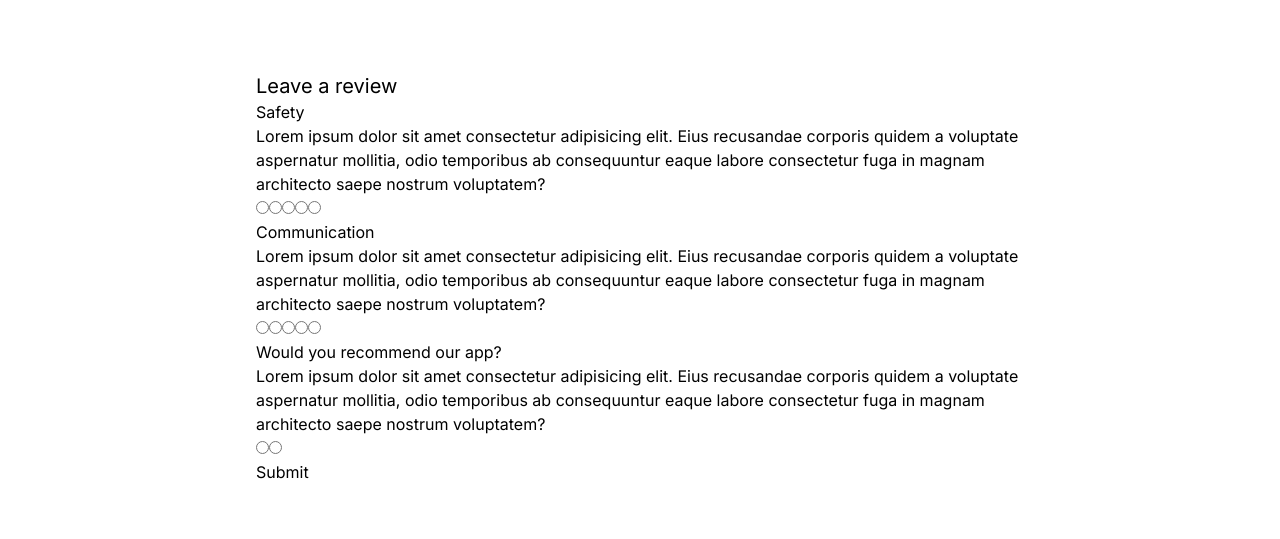
Repository: akankshaajoshi/review-form
Page: /review
The author's editor kept a copy of each file at every save. The page is drawn from the files as they stood at one save, then again after the next save.
The browser window is 1280 px wide. The pictures show the whole page.
The project was rebuilt for these pictures with package versions that can differ from the ones it lists, and the page was loaded fresh each time. The framework's server and built-in components were replaced by stand-ins that run in the browser. Also part of the build but not shown: next.config.mjs.

Above is the page before, as saved 2024-05-25 12:29:37.

After the next save:
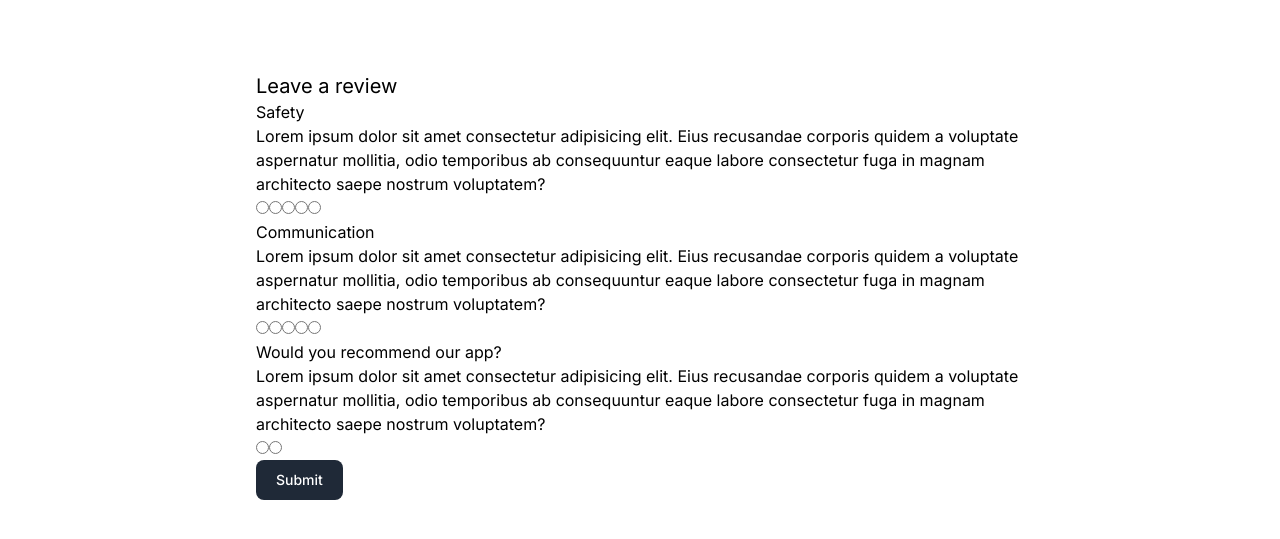
Saved 75 s later.
--- a/app/(routes)/review/page.tsx
+++ b/app/(routes)/review/page.tsx
@@ -9,7 +9,7 @@ const initialState = {
 function SubmitButton(){
     const {pending} = useFormStatus();
     return (
-        <button type="submit" aria-disabled={pending}>
+        <button type="submit" class="text-white bg-gray-800 hover:bg-gray-900 focus:outline-none focus:ring-4 focus:ring-gray-300 font-medium rounded-lg text-sm px-5 py-2.5 me-2 mb-2 dark:bg-gray-800 dark:hover:bg-gray-700 dark:focus:ring-gray-700 dark:border-gray-700" aria-disabled={pending}>
             Submit
         </button>
     )
